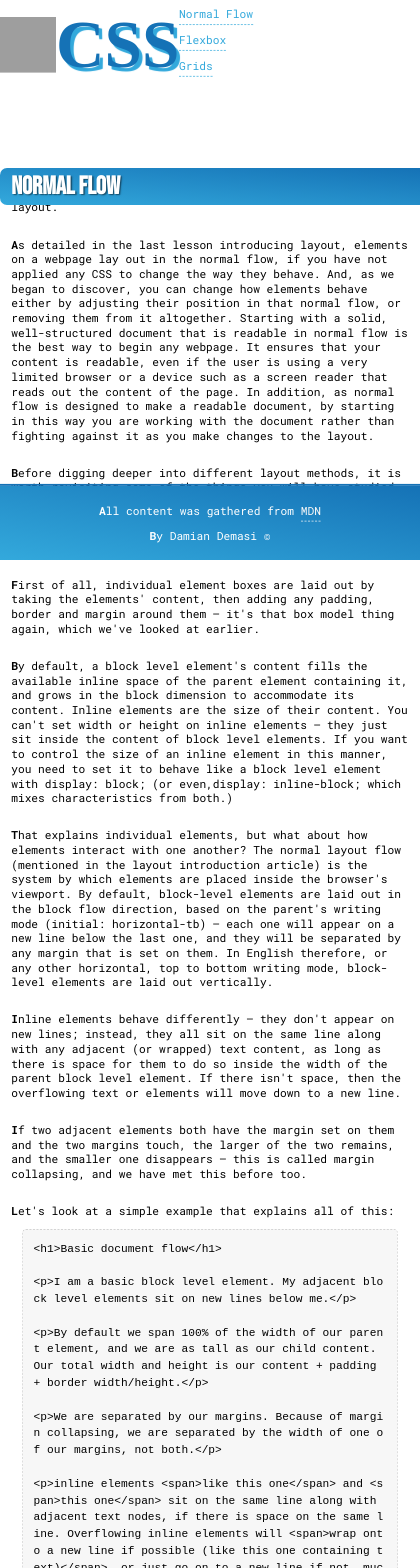
Repository: Colo-Codes/freecodecamp-04-Technical-Documentation-Page
Page: index.html
The author's editor kept a copy of each file at every save. The page is drawn from the files as they stood at one save, then again after the next save.
The browser window is 600 px wide. The pictures show the part of the page from y = 0 to 2240 px (the page is 8239 px tall before and 8255 px after), at 70% of full size.
Pictures or frames that could not be fetched are drawn as grey boxes. Some web fonts or font styles are not loaded; a fallback is used.

Above is the page before, as saved 2021-06-02 10:08:20.

### index.html
<!DOCTYPE html>
<html lang="en">

<head>
    <meta charset="UTF-8">
    <meta http-equiv="X-UA-Compatible" content="IE=edge">
    <meta name="viewport" content="width=device-width, initial-scale=1.0">
    <link rel="stylesheet" href="./resources/css/index.css" type="text/css">
    <link rel="preconnect" href="https://fonts.gstatic.com">
    <link
        href="https://fonts.googleapis.com/css2?family=Bebas+Neue&family=Pattaya&family=Roboto+Mono:wght@100;400;700&display=swap"
        rel="stylesheet">

    <title>CSS Technical Documentation</title>
</head>

<body>
    <div id="flex-container">
        <header id="navbar-block">
            <img id="navbar-image" src="./resources/img/file_type_css_icon_130661.png" alt="CSS3 logo in blue">
            <nav id="navbar">
                <!-- On the left of screen, fixed (visible) -->
                <header>
                    <h1>CSS</h1>
                </header>
                <ul>
                    <li><a href="#Normal_Flow" class="nav-link">Normal Flow</a></li>
                    <li><a href="#Flexbox" class="nav-link">Flexbox</a></li>
                    <li><a href="#Grids" class="nav-link">Grids</a></li>
                    <li><a href="#Floats" class="nav-link">Floats</a></li>
                    <li><a href="#Positioning" class="nav-link">Positioning</a></li>
                </ul>
            </nav>
        </header>
        <main id="main-doc">
            <section class="main-section" id="Normal_Flow">
                <header class="section-header">
                    <h2>Normal Flow</h2>
                </header>
                <p>This article explains normal flow, or the way that webpage elements lay themselves out if you have
                    not
                    changed their
                    layout.</p>
                <p>As detailed in the last lesson introducing layout, elements on a webpage lay out in the normal flow,
                    if
                    you have not
                    applied any CSS to change the way they behave. And, as we began to discover, you can change how
                    elements
                    behave
                    either by adjusting their position in that normal flow, or removing them from it altogether.
                    Starting
                    with a solid,
                    well-structured document that is readable in normal flow is the best way to begin any webpage. It
                    ensures that your
                    content is readable, even if the user is using a very limited browser or a device such as a screen
                    reader that reads
                    out the content of the page. In addition, as normal flow is designed to make a readable document, by
                    starting in
                    this way you are working with the document rather than fighting against it as you make changes to
                    the
                    layout.</p>
                <p>Before digging deeper into different layout methods, it is worth revisiting some of the things you
                    will
                    have studied
                    in previous modules with regard to normal document flow.</p>
                <h3>How are elements laid out by default?</h3>
                <p>First of all, individual element boxes are laid out by taking the elements' content, then adding any
                    padding, border
                    and margin around them — it's that box model thing again, which we've looked at earlier.
                </p>
                <p>By default, a block level element's content fills the available inline space of the parent element
                    containing it,
                    and grows in the block dimension to accommodate its content. Inline elements are the size of their
                    content. You
                    can't set width or height on inline elements — they just sit inside the content of block level
                    elements.
                    If you want
                    to control the size of an inline element in this manner, you need to set it to behave like a block
                    level
                    element
                    with display: block; (or even,display: inline-block; which mixes characteristics from both.)
                </p>
                <p>That explains individual elements, but what about how elements interact with one another? The normal
                    layout flow
                    (mentioned in the layout introduction article) is the system by which elements are placed inside the
                    browser's
                    viewport. By default, block-level elements are laid out in the block flow direction, based on the
                    parent's writing
                    mode (initial: horizontal-tb) — each one will appear on a new line below the last one, and they will
                    be
                    separated by
                    any margin that is set on them. In English therefore, or any other horizontal, top to bottom writing
                    mode,
                    block-level elements are laid out vertically.
                </p>
                <p>Inline elements behave differently — they don't appear on new lines; instead, they all sit on the
                    same
                    line along
                    with any adjacent (or wrapped) text content, as long as there is space for them to do so inside the
                    width of the
                    parent block level element. If there isn't space, then the overflowing text or elements will move
                    down
                    to a new
                    line.
                </p>
                <p>If two adjacent elements both have the margin set on them and the two margins touch, the larger of
                    the
                    two remains,
                    and the smaller one disappears — this is called margin collapsing, and we have met this before too.
                </p>
                <p>Let's look at a simple example that explains all of this:</p>
                <code>&lt;h1&gt;Basic document flow&lt;/h1&gt;

&lt;p&gt;I am a basic block level element. My adjacent block level elements sit on new lines below me.&lt;/p&gt;

&lt;p&gt;By default we span 100% of the width of our parent element, and we are as tall as our child content. Our total width and height is our content + padding + border width/height.&lt;/p&gt;

&lt;p&gt;We are separated by our margins. Because of margin collapsing, we are separated by the width of one of our margins, not both.&lt;/p&gt;

&lt;p&gt;inline elements &lt;span&gt;like this one&lt;/span&gt; and &lt;span&gt;this one&lt;/span&gt; sit on the same line along with adjacent text nodes, if there is space on the same line. Overflowing inline elements will &lt;span&gt;wrap onto a new line if possible (like this one containing text)&lt;/span&gt;, or just go on to a new line if not, much like this image will do: &lt;img src="https://mdn.mozillademos.org/files/13360/long.jpg"&gt;&lt;/p&gt;</code>
                <code>body {
    width: 500px;
    margin: 0 auto;
}

p {
    background: rgba(255,84,104,0.3);
    border: 2px solid rgb(255,84,104);
    padding: 10px;
    margin: 10px;
}

span {
    background: white;
    border: 1px solid black;
}</code>


            </section>

            <section class="main-section" id="Flexbox">
                <header class="section-header">
                    <h2>Flexbox</h2>
                </header>
                <p>Flexbox is a one-dimensional layout method for laying out items in rows or columns. Items flex to
                    fill
                    additional space and shrink to fit into smaller spaces. This article explains all the fundamentals.
                </p>
                <h3>Why Flexbox?</h3>
                <p>For a long time, the only reliable cross browser-compatible tools available for creating CSS layouts
                    were
                    things like floats and positioning. These are fine, and they work, but in some ways they are also
                    rather
                    limiting and frustrating.</p>
                <p>The following simple layout requirements are either difficult or impossible to achieve with such
                    tools,
                    in any kind of convenient, flexible way:</p>
                <ul>
                    <li>Vertically centering a block of content inside its parent.</li>
                    <li>Making all the children of a container take up an equal amount of the available width/height,
                        regardless of how much width/height is available.</li>
                    <li>Making all columns in a multiple-column layout adopt the same height even if they contain a
                        different amount of content.</li>
                </ul>
                <p>As you'll see in subsequent sections, flexbox makes a lot of layout tasks much easier. Let's dig in!
                </p>
                <h3>Specifying what elements to lay out as flexible boxes</h3>
                <code>section {
    display: flex;
}</code>


            </section>

            <section class="main-section" id="Grids">
                <header class="section-header">
                    <h2>Grids</h2>
                </header>
                <p>CSS Grid Layout is a two-dimensional layout system for the web. It lets you lay content out in rows
                    and
                    columns, and has many features that make building complex layouts straightforward. This article will
                    give you all you need to know to get started with page layout.</p>
                <h3>What is grid layout?</h3>
                <p>A grid is a collection of horizontal and vertical lines creating a pattern against which we can line
                    up
                    our design elements. They help us to create designs where elements don’t jump around or change width
                    as
                    we move from page to page, providing greater consistency on our websites.</p>
                <p>A grid will typically have columns, rows, and then gaps between each row and column — commonly
                    referred
                    to as gutters.</p>
                <h3>Defining a grid</h3>
                <p>As a starting point, download and open the starting point file in your text editor and browser (you
                    can
                    also see it live here). You will see an example with a container, which has some child items. By
                    default
                    these display in normal flow so the boxes display one below the other. We will be working with this
                    file
                    for the first part of this lesson, making changes to see how grid behaves.</p>
                <p>To define a grid we use the grid value of the display property. As with Flexbox, this switches on
                    Grid
                    Layout, and all of the direct children of the container become grid items. Add this to the CSS
                    inside
                    your file:</p>
                <code>.container {
    display: grid;
}</code>
                <p>Unlike flexbox, the items will not immediately look any different. Declaring display: grid gives you
                    a
                    one column grid, so your items will continue to display one below the other as they do in normal
                    flow.
                </p>
                <p>We can place things according to these lines by specifying the start and end line. We do this using
                    the
                    following properties:</p>
                <ul>
                    <li>grid-column-start</li>
                    <li>grid-column-end</li>
                    <li>grid-row-start</li>
                    <li>grid-row-end</li>
                </ul>

            </section>

            <section class="main-section" id="Floats">
                <header class="section-header">
                    <h2>Floats</h2>
                </header>
                <p>Originally for floating images inside blocks of text, the float property became one of the most
                    commonly
                    used tools for creating multiple column layouts on webpages. With the advent of flexbox and grid it
                    has
                    now returned to its original purpose, as this article explains.</p>
                <h3>The background of floats</h3>
                <p>The float property was introduced to allow web developers to implement simple layouts involving an
                    image
                    floating inside a column of text, with the text wrapping around the left or right of it. The kind of
                    thing you might get in a newspaper layout.</p>
                <p>But web developers quickly realized that you can float anything, not just images, so the use of float
                    broadened, for example to fun layout effects such as drop-caps.</p>
                <p>Floats have commonly been used to create entire web site layouts featuring multiple columns of
                    information floated so they sit alongside one another (the default behavior would be for the columns
                    to
                    sit below one another, in the same order as they appear in the source). There are newer, better
                    layout
                    techniques available and so use of floats in this way should be regarded as a legacy technique.</p>
                <h3>A simple float example</h3>
                <p>Let's explore how to use floats. We'll start with a really simple example involving floating a block
                    of
                    text around an element. You can follow along by creating a new index.html file on your computer,
                    filling
                    it with a simple HTML template, and inserting the below code into it at the appropriate places. At
                    the
                    bottom of the section, you can see a live example of what the final code should look like.</p>
                <p>First, we'll start off with some simple HTML — add the following to your HTML body, removing anything
                    that was inside there before:</p>
                <code>&lt;h1&gt;Simple float example&lt;/h1&gt;

&lt;div class="box"&gt;Float&lt;/div&gt;

&lt;p&gt;Lorem ipsum dolor sit amet, consectetur adipiscing elit. Nulla luctus aliquam dolor, eu lacinia lorem placerat vulputate. Duis felis orci, pulvinar id metus ut, rutrum luctus orci. Cras porttitor imperdiet nunc, at ultricies tellus laoreet sit amet. &lt;/p&gt;

&lt;p&gt;Sed auctor cursus massa at porta. Integer ligula ipsum, tristique sit amet orci vel, viverra egestas ligula. Curabitur vehicula tellus neque, ac ornare ex malesuada et. In vitae convallis lacus. Aliquam erat volutpat. Suspendisse ac imperdiet turpis. Aenean finibus sollicitudin eros pharetra congue. Duis ornare egestas augue ut luctus. Proin blandit quam nec lacus varius commodo et a urna. Ut id ornare felis, eget fermentum sapien.&lt;/p&gt;

&lt;p&gt;Nam vulputate diam nec tempor bibendum. Donec luctus augue eget malesuada ultrices. Phasellus turpis est, posuere sit amet dapibus ut, facilisis sed est. Nam id risus quis ante semper consectetur eget aliquam lorem. Vivamus tristique elit dolor, sed pretium metus suscipit vel. Mauris ultricies lectus sed lobortis finibus. Vivamus eu urna eget velit cursus viverra quis vestibulum sem. Aliquam tincidunt eget purus in interdum. Cum sociis natoque penatibus et magnis dis parturient montes, nascetur ridiculus mus.&lt;/p&gt;</code>
                <p>Now apply the following CSS to your HTML (using a &lt;style&gt; element or a
                    <link> to a separate .css file — your choice):
                </p>
                <code>body {
    width: 90%;
    max-width: 900px;
    margin: 0 auto;
    font: .9em/1.2 Arial, Helvetica, sans-serif
}

.box {
    width: 150px;
    height: 100px;
    border-radius: 5px;
    background-color: rgb(207,232,220);
    padding: 1em;
}</code>

            </section>

            <section class="main-section" id="Positioning">
                <header class="section-header">
                    <h2>Positioning</h2>
                </header>
                <p>Positioning allows you to take elements out of the normal document layout flow, and make them behave
                    differently; for example sitting on top of one another, or always remaining in the same place inside
                    the
                    browser viewport. This article explains the different position values, and how to use them.</p>
                <ul>
                    <li>Default value: static</li>
                    <li>Inherited: no</li>
                    <li>Animatable: no. Read about animatable</li>
                    <li>Version: CSS2</li>
                    <li>JavaScript syntax: object.style.position="absolute"</li>
                </ul>
                <h3>Introducing positioning</h3>
                <p>The whole idea of positioning is to allow us to override the basic document flow behavior described
                    above, to produce interesting effects. What if you want to slightly alter the position of some boxes
                    inside a layout from their default layout flow position, to give a slightly quirky, distressed feel?
                    Positioning is your tool. Or if you want to create a UI element that floats over the top of other
                    parts
                    of the page, and/or always sits in the same place inside the browser window no matter how much the
                    page
                    is scrolled? Positioning makes such layout work possible.</p>
                <h3>Static positioning</h3>
                <p>Static positioning is the default that every element gets — it just means "put the element into its
                    normal position in the document layout flow — nothing special to see here."</p>
                    <p></p>
            </section>
        </main>
    </div>
    <footer>
        <p>All content was gathered from <a href="https://developer.mozilla.org/en-US/docs/Learn/CSS/CSS_layout"
                target="_blank">MDN</a></p>
        <p>By Damian Demasi &copy;</p>
    </footer>
</body>

</html>

### resources/css/index.css
/* Reset */

html {
    box-sizing: border-box;
    font-size: 16px;
    font-family: 'Roboto Mono', Arial, Helvetica, sans-serif;
}

*, *:before, *:after {
    box-sizing: inherit;
    margin: 0;
    padding: 0;
}

/* Main flexbox */

@media screen and (min-width: 700px) {
    #flex-container {
        position: relative;
        display: flex;
        justify-content: center;
        align-items: baseline;
        /* flex-flow: wrap; FIXME */
        /* overflow: scroll; FIXME */
    }
    #navbar-image {
        width: 150px;
    }
    .section-header {
        top: 0px;
    }
    #navbar-block {
        top: 20px;
        margin: 0 2rem;
    }
}

@media screen and (max-width: 699px) {
    #navbar-block {
        display: flex;
        justify-content: flex-start;
    }
    #navbar {
        display: flex;
        justify-content: flex-start;
    }
    #navbar ul {
        height: 7rem;
        overflow: auto;
    }
    #navbar-block {
        display: flex;
        align-items: center;
        background-color: white;
        margin: 0;
        top: 0px;
        height: 8rem;
        z-index: 1; /* text will flow behind this */
    }
    #navbar-image {
        width: 5rem;
        height: 5rem;
    }
    #navbar {
        flex: 1;
    }
    .section-header {
        top: 240px;
    }
}

#main-doc {
    align-self: flex-start;
    max-width: 1000px;
    /* Not doing anything: */
    /* flex-shrink: 1; */
    /* background-color: teal; FIXME */
}

/* Navbar */

#navbar-block {
    position: sticky;
    /* top: 20px; */
    /* margin: 0 2rem; */
    /* outline: 1px solid red; */
    /* flex: 1; */
}

#navbar-image {
    margin: 0 auto;
}

#navbar ul li {
    list-style-type: none;
    margin-bottom: 1rem;
}

.nav-link:link, .nav-link:visited {
    text-decoration: none;
    border-bottom: 1px dashed #33A9DC;
    padding-bottom: 5px;
    color: #33A9DC;
}

.nav-link:focus, .nav-link:hover {
    border-bottom: 2px solid #1572B6;
    padding-bottom: 5px;
    color: #1572B6;
}

.nav-link:active {
    border-bottom: 2px solid #1572B6;
    padding-bottom: 5px;
    color: #1572B6;
}

#navbar h1 {
    font-family: 'Pattaya', 'Times New Roman', Times, serif;
    font-size: 6rem;
    color: #1572B6;
    text-shadow: #33A9DC 5px 5px 1px;
}

/* Main content */

.section-header {
    position: sticky;
    color: white;
    text-shadow: 2px 2px 2px rgba(0, 0, 0, .5);
    padding: 5px 0 5px 1rem;
    background: #33A9DC;
    /* fallback for old browsers */
    background: -webkit-linear-gradient(to bottom left, #1572B6, #33A9DC);
    /* Chrome 10-25, Safari 5.1-6 */
    background: linear-gradient(to bottom left, #1572B6, #33A9DC);
    /* W3C, IE 10+/ Edge, Firefox 16+, Chrome 26+, Opera 12+, Safari 7+ */
    font-family: 'Bebas Neue', sans-serif;
    text-transform: uppercase;
    font-size: 1.5rem;
    border-radius: 10px 0 0 10px;
    margin: 30px 0 0 0;
}

p {
    margin: 2rem 1rem 0 1rem;
}

p::first-letter {
    font-weight: bold;
}

h3 {
    margin: 2rem 0 0 2rem;
    font-size: 1.5rem;
    border-top: 1px dashed rgba(0, 0, 0, .2);
    color: #1572B6;
    text-shadow: #33A9DC 1px 1px 1px;
}

/* Code content */

code {
    display: block;
    text-align: left;
    white-space: pre-wrap;
    word-break: break-all;
    /* word-break: normal; <-- this gives problems */
    word-wrap: normal;
    line-height: 1.5;
    background-color: #f7f7f7;
    padding: 15px;
    margin: 1rem 2rem 1rem 2rem;
    border-radius: 5px;
    border: 1px dashed rgba(0, 0, 0, .2)
}

/* Unordered lists */

.main-section ul {
    margin: 1rem 0 2rem 4rem;
    list-style-image: url(../img/chevron_right_round-48_46769.png);
}

/* Footer */

footer {
    position: sticky;
    bottom: 0;
    background: #33A9DC;
    /* fallback for old browsers */
    background: -webkit-linear-gradient(to bottom left, #1572B6, #33A9DC);
    /* Chrome 10-25, Safari 5.1-6 */
    background: linear-gradient(to bottom left, #1572B6, #33A9DC);
    /* W3C, IE 10+/ Edge, Firefox 16+, Chrome 26+, Opera 12+, Safari 7+ */
    color: white;
    text-align: center;
    padding: .5rem 0;
    border-top: #1572B6 3px solid;
}

footer a:link, footer a:visited {
    text-decoration: none;
    border-bottom: 1px dashed #f7f7f7;
    padding-bottom: 5px;
    color: #f7f7f7;
}

footer a:focus, footer a:hover {
    border-bottom: 2px solid #d8d8d8;
    padding-bottom: 5px;
    color: #d8d8d8;
}

footer a:active {
    border-bottom: 2px solid #d8d8d8;
    padding-bottom: 5px;
    color: #d8d8d8;
}

footer p {
    margin: 1rem 0;
}

After the next save:
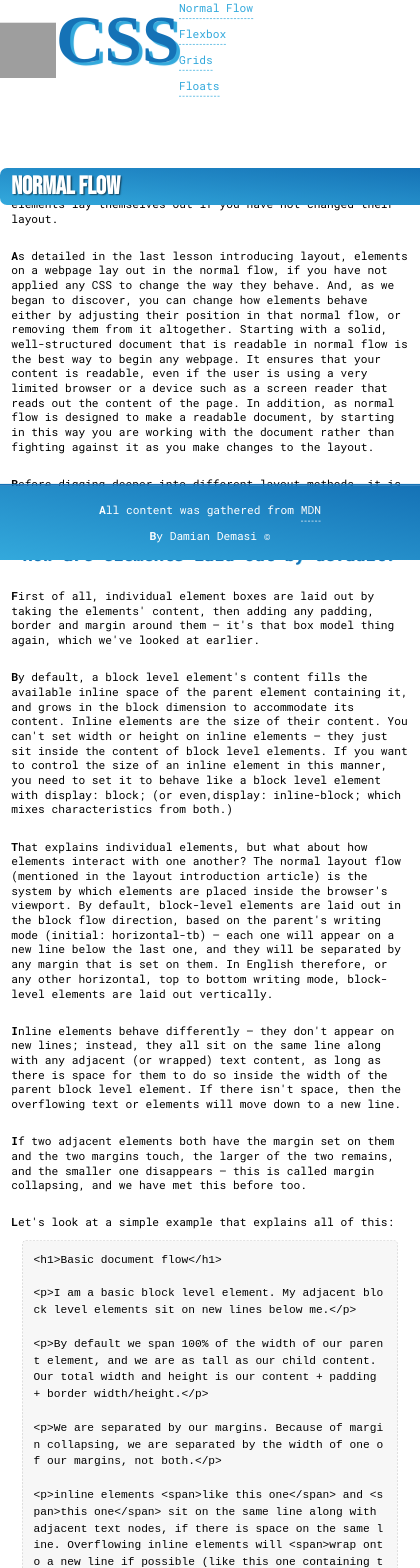
Saved 7 s later.
--- a/resources/css/index.css
+++ b/resources/css/index.css
@@ -45,7 +45,7 @@ html {
         justify-content: flex-start;
     }
     #navbar ul {
-        height: 7rem;
+        height: 9rem;
         overflow: auto;
     }
     #navbar-block {
@@ -54,7 +54,7 @@ html {
         background-color: white;
         margin: 0;
         top: 0px;
-        height: 8rem;
+        height: 9rem;
         z-index: 1; /* text will flow behind this */
     }
     #navbar-image {
